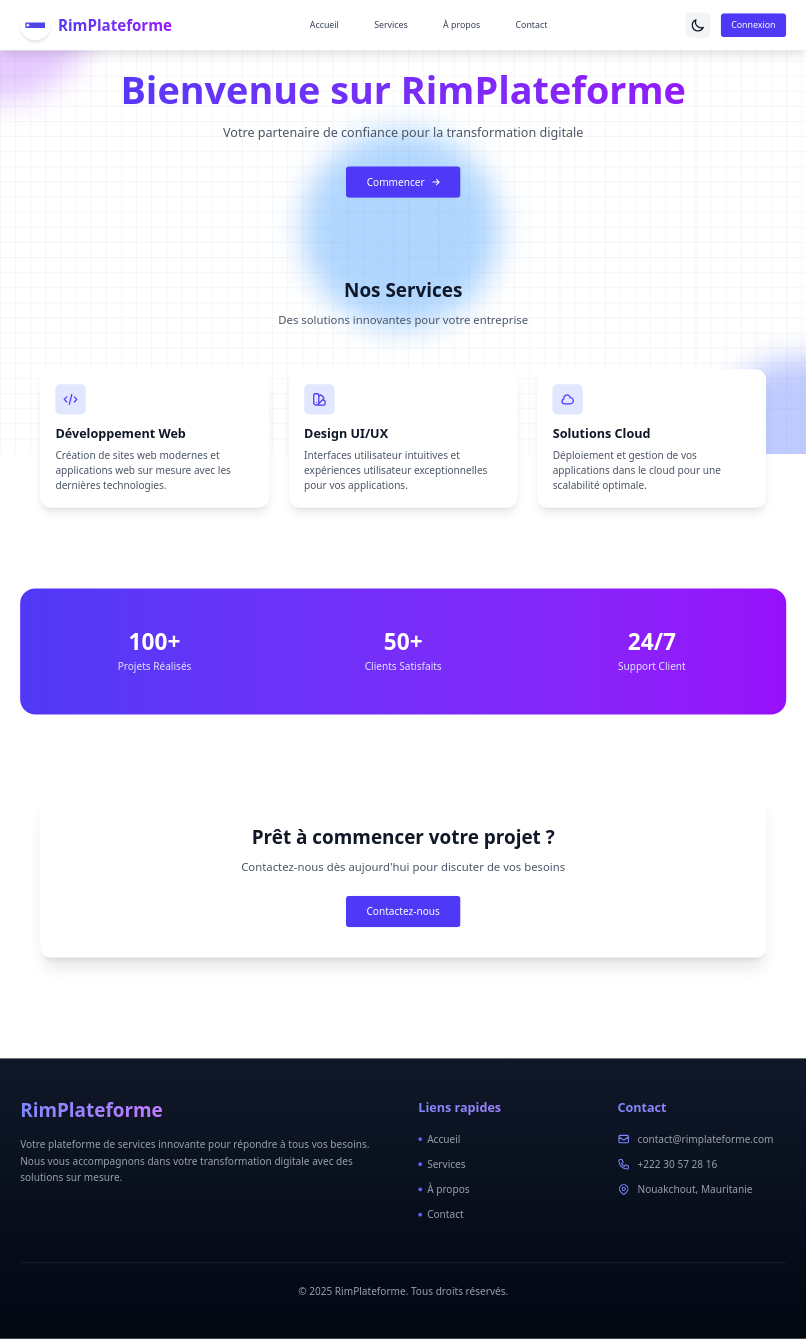
Repository: lamatmed/rimplateforme
Page: /
An editor plug-in stored every save of this project. The page is shown before and after the next save, followed by the edit.
The browser window is 1280 px wide. The pictures show the whole page, at 63% of full size.
The project was rebuilt for these pictures with package versions that can differ from the ones it lists, and the page was loaded fresh each time. The framework's server and built-in components were replaced by stand-ins that run in the browser. Also part of the build but not shown: next.config.ts.

Above is the page before, as saved 2025-05-31 15:53:43.

After the next save:
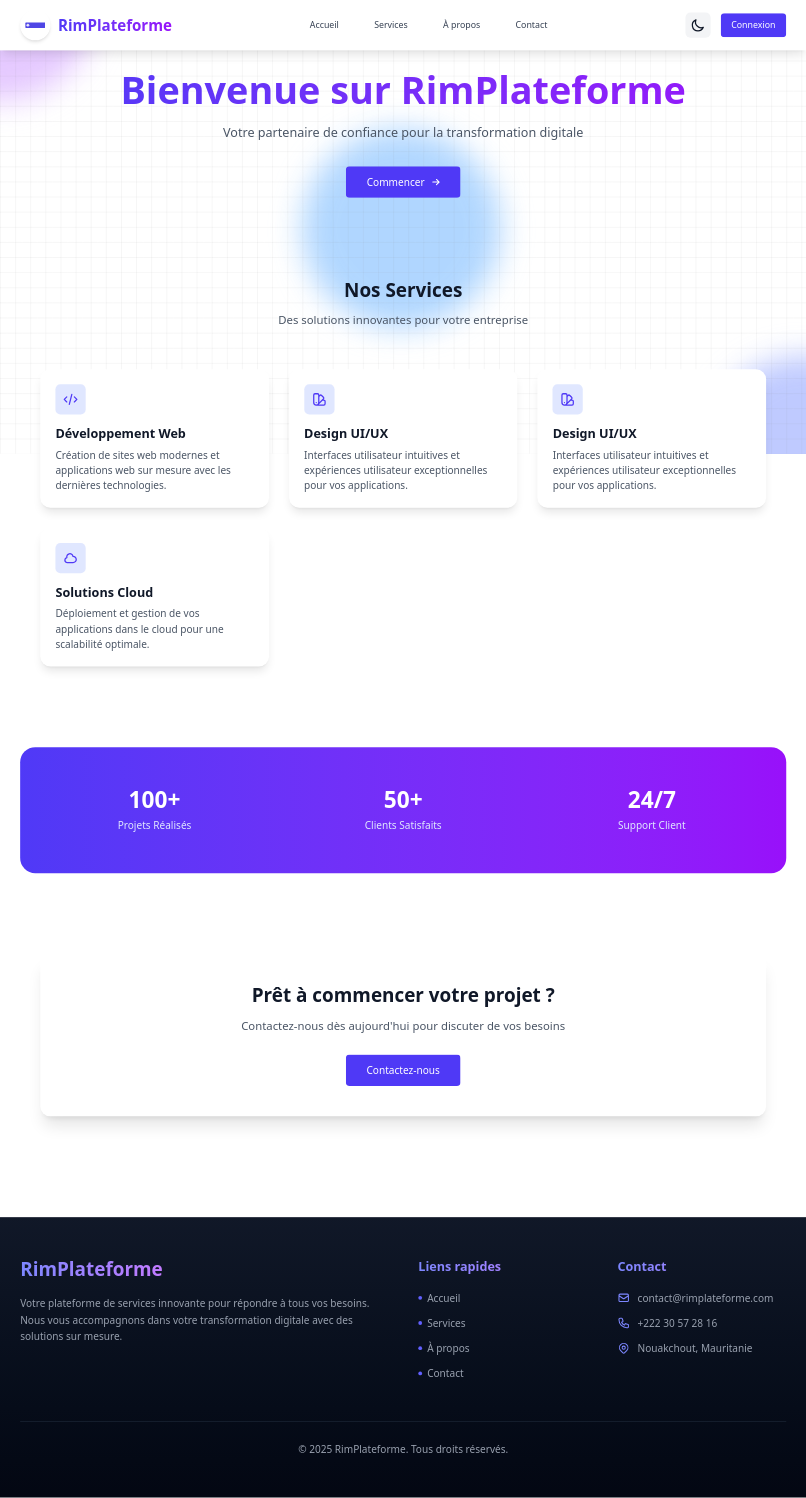
Saved 53 s later.
--- a/app/page.tsx
+++ b/app/page.tsx
@@ -143,6 +143,15 @@
       </svg>
     ),
   },
+    {
+    title: "Design UI/UX",
+    description: "Interfaces utilisateur intuitives et expériences utilisateur exceptionnelles pour vos applications.",
+    icon: (
+      <svg className="w-6 h-6 text-indigo-600 dark:text-indigo-400" fill="none" stroke="currentColor" viewBox="0 0 24 24">
+        <path strokeLinecap="round" strokeLinejoin="round" strokeWidth="2" d="M7 21a4 4 0 01-4-4V5a2 2 0 012-2h4a2 2 0 012 2v12a4 4 0 01-4 4zm0 0h12a2 2 0 002-2v-4a2 2 0 00-2-2h-2.343M11 7.343l1.657-1.657a2 2 0 012.828 0l2.829 2.829a2 2 0 010 2.828l-8.486 8.485M7 17h.01" />
+      </svg>
+    ),
+  },
   {
     title: "Solutions Cloud",
     description: "Déploiement et gestion de vos applications dans le cloud pour une scalabilité optimale.",

After the save that followed:
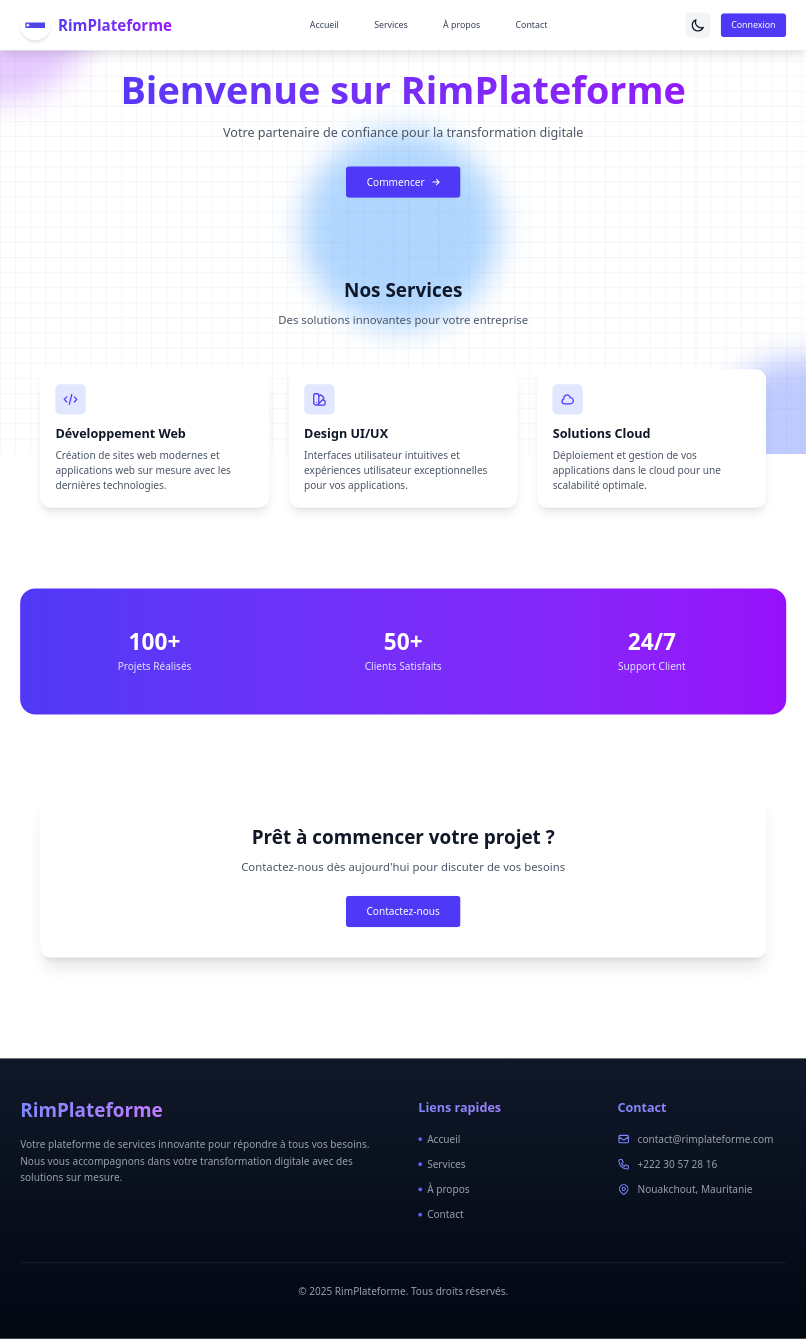
Saved 13 s later.
--- a/app/page.tsx
+++ b/app/page.tsx
@@ -143,15 +143,7 @@
       </svg>
     ),
   },
-    {
-    title: "Design UI/UX",
-    description: "Interfaces utilisateur intuitives et expériences utilisateur exceptionnelles pour vos applications.",
-    icon: (
-      <svg className="w-6 h-6 text-indigo-600 dark:text-indigo-400" fill="none" stroke="currentColor" viewBox="0 0 24 24">
-        <path strokeLinecap="round" strokeLinejoin="round" strokeWidth="2" d="M7 21a4 4 0 01-4-4V5a2 2 0 012-2h4a2 2 0 012 2v12a4 4 0 01-4 4zm0 0h12a2 2 0 002-2v-4a2 2 0 00-2-2h-2.343M11 7.343l1.657-1.657a2 2 0 012.828 0l2.829 2.829a2 2 0 010 2.828l-8.486 8.485M7 17h.01" />
-      </svg>
-    ),
-  },
+
   {
     title: "Solutions Cloud",
     description: "Déploiement et gestion de vos applications dans le cloud pour une scalabilité optimale.",
